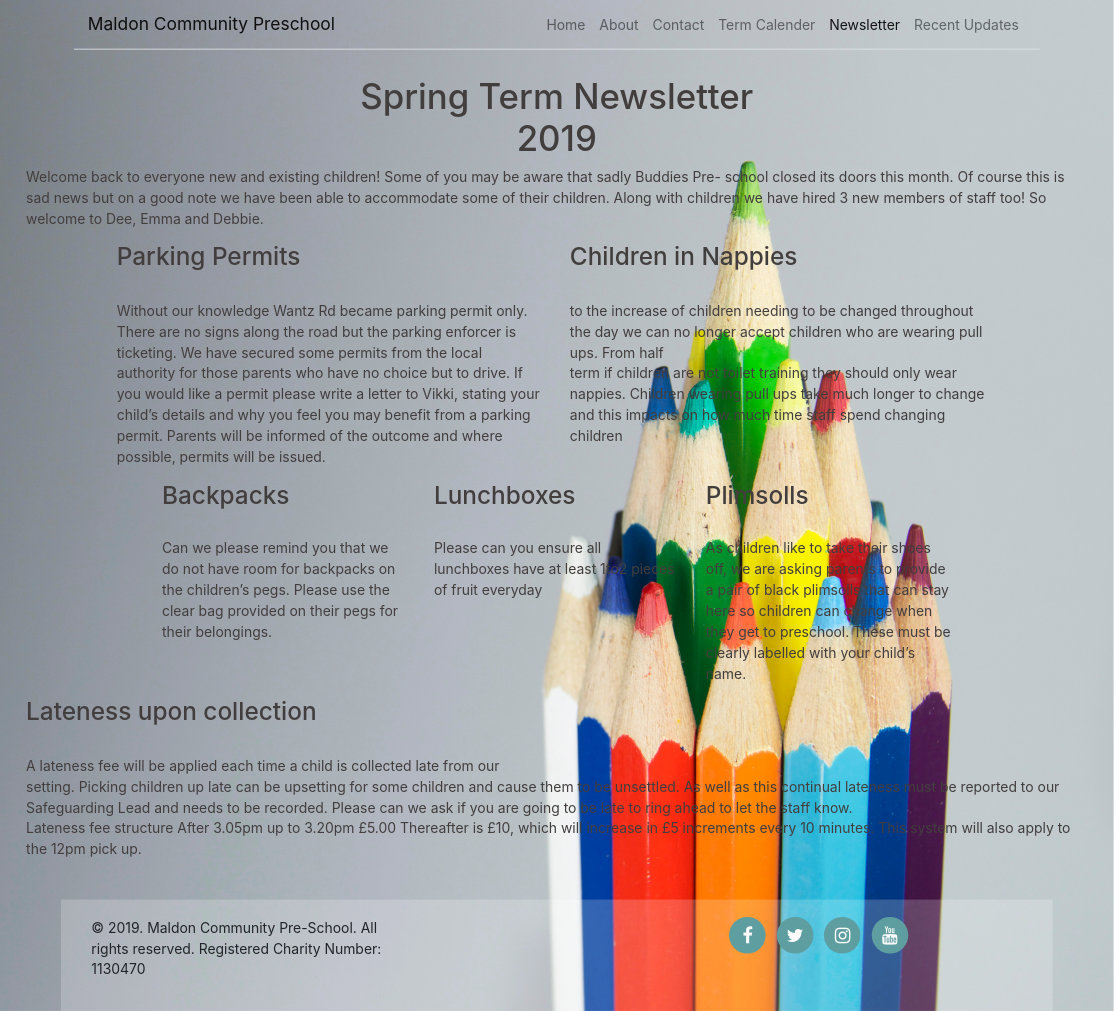
Repository: parkslee/milestone_1
Page: newsletter.html
The author's editor kept a record of every edit. The page is drawn from the files as they stood at one moment, then again after the next edit.
The browser window is 1280 px wide. The pictures show the whole page, at 87% of full size.
Some web libraries are served in a nearby version.

Above is the page before.

After the next edit:
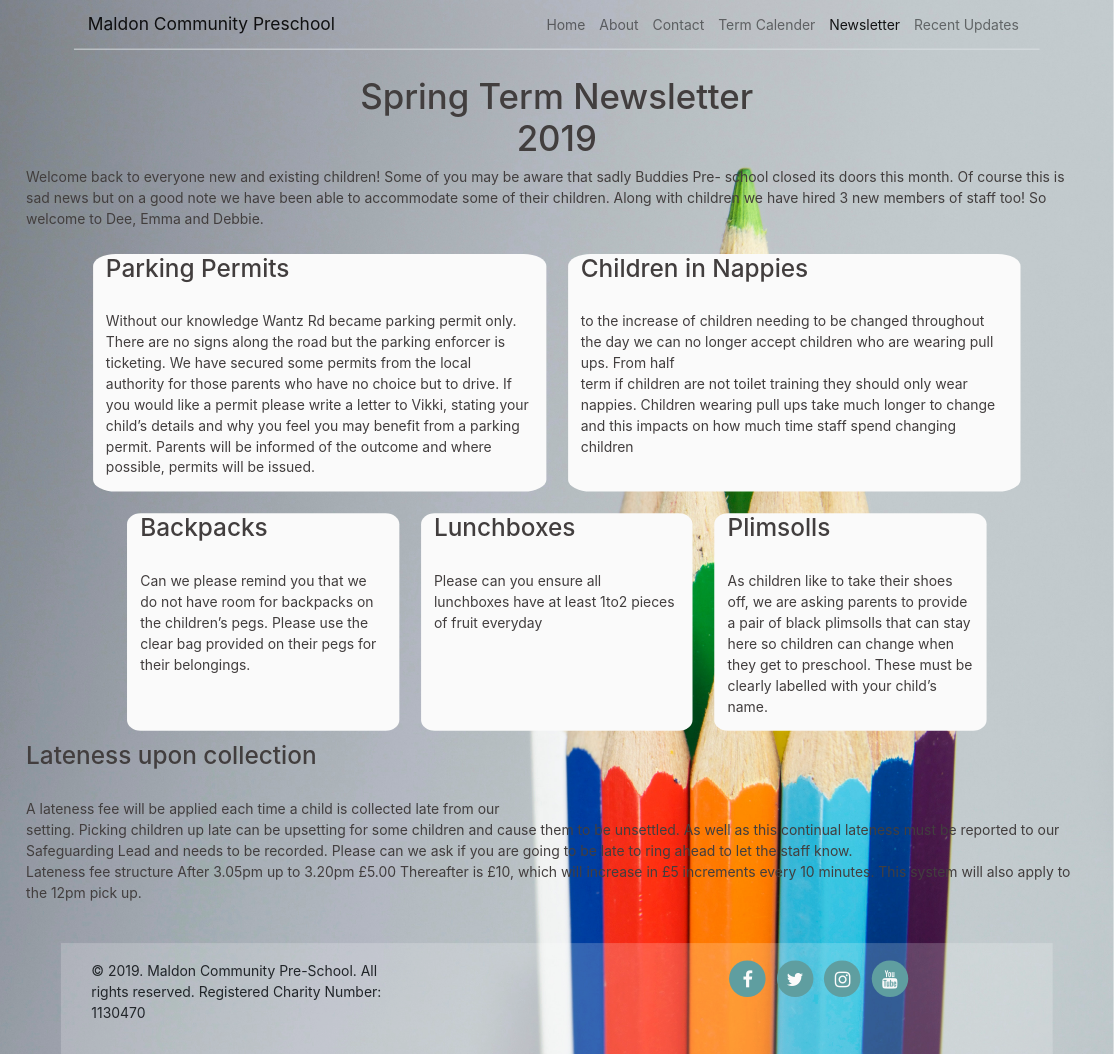
The edit:
--- a/assets/css/style.css
+++ b/assets/css/style.css
@@ -351,6 +351,12 @@
     text-align: center;
 }
 
+.newsletter-blocks{
+    background-color: #fafafa;
+    border-radius: 5%;
+    margin:1%;
+
+}
 
 /*------------------------------------------------------------------updates.html-----------*/
 .updates-image{
